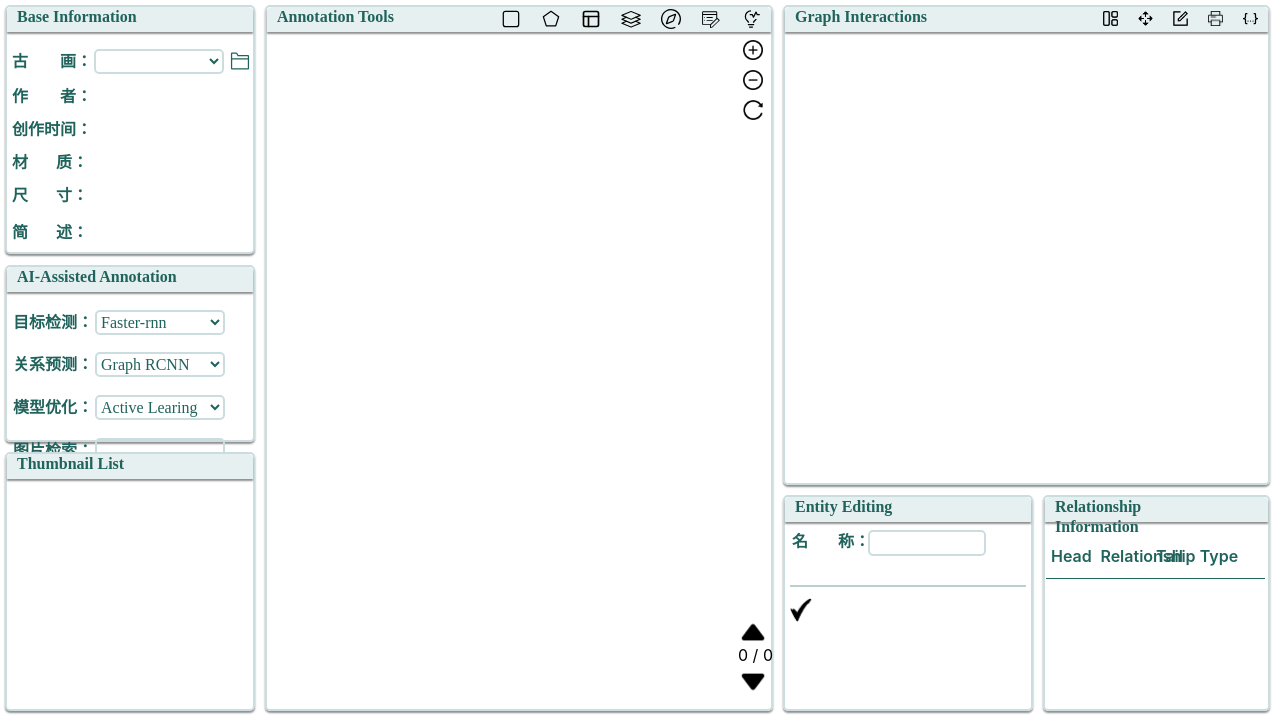
Repository: cailbh/ImageLabelTool
Page: /
An editor plug-in stored every save of this project. The page is shown before and after the next save, followed by the edit.
The browser window is 1280 px wide. The pictures show the whole page.
The project was rebuilt for these pictures with package versions that can differ from the ones it lists, and the page was loaded fresh each time.

Above is the page before, as saved 2022-11-02 15:06:38.

After the next save:
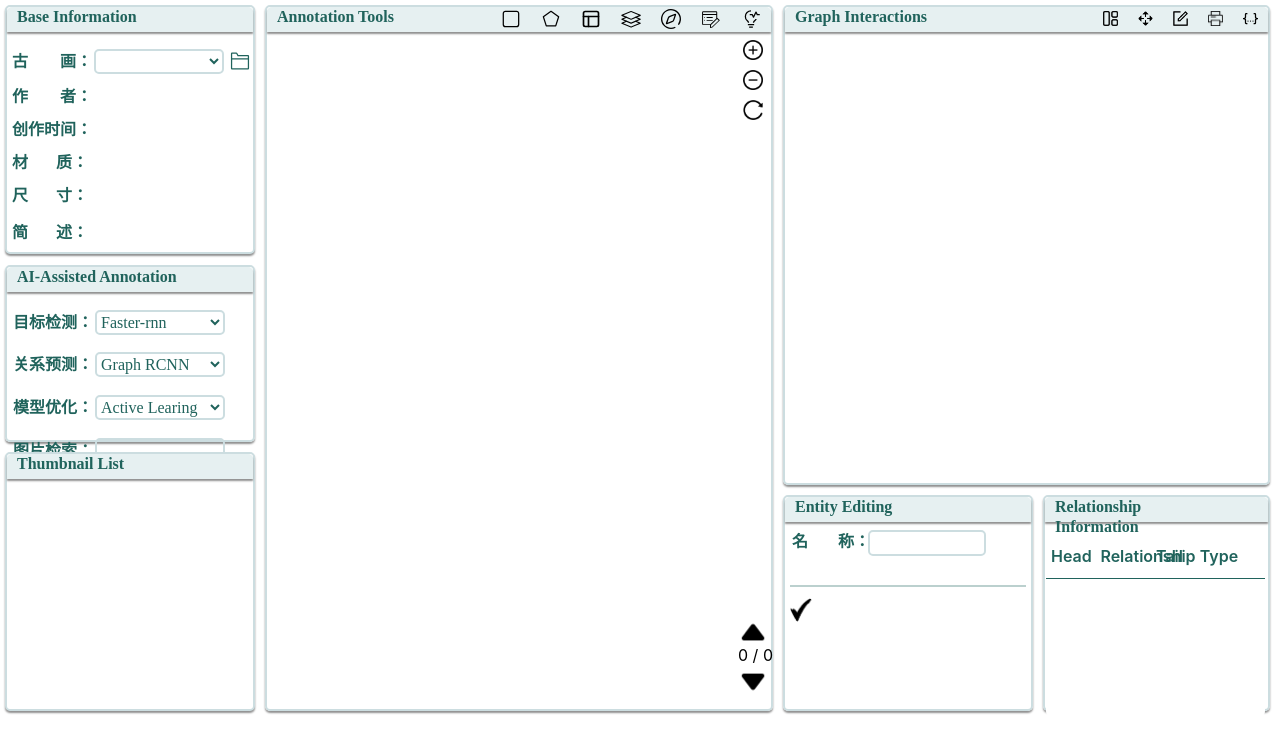
Saved 71 s later.
--- a/src/component/LabelDisplay/graph.css
+++ b/src/component/LabelDisplay/graph.css
@@ -205,7 +205,7 @@ position: relative;
 }
 #relationshipBox{
     width: calc(100% - 4px);
-    height: calc(100% - 47px);
+    height: calc(100% - 27px);
     /* width: 100%; */
     /* height: 100%; */
     background: #fff;
